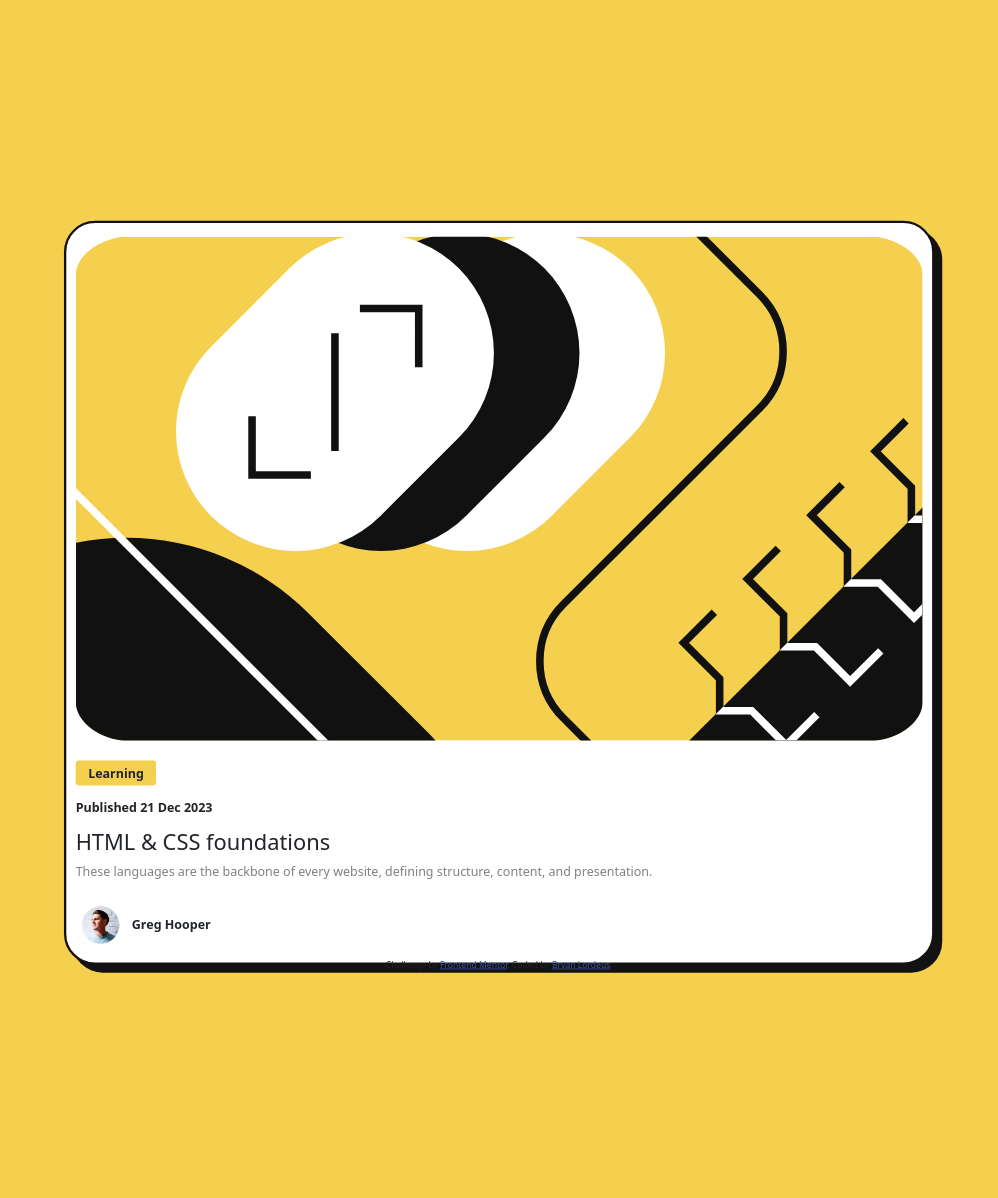
Repository: blordeus/blog-preview-card
Page: index.html
An editor plug-in stored every save of this project. The page is shown before and after the next save, followed by the edit.
The browser window is 1280 px wide. The pictures show the whole page, at 78% of full size.
The style sheet was rebuilt from its Sass, Less or Tailwind sources for each picture, by a compiler version that may differ from the author's.

Above is the page before, as saved 2024-02-10 11:55:53.

After the next save:
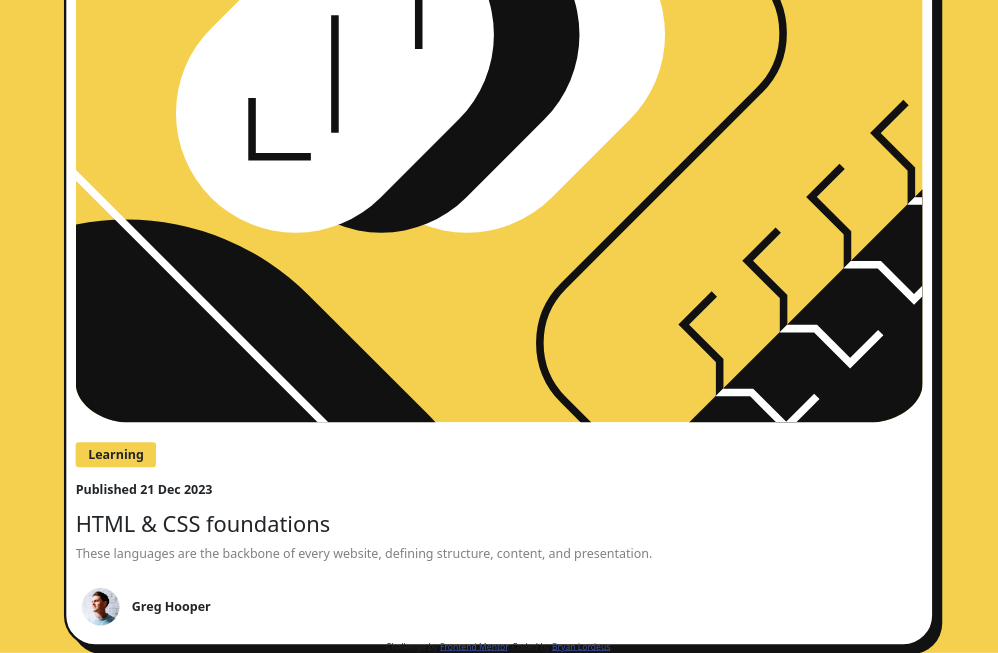
Saved 5 s later.
--- a/style.scss
+++ b/style.scss
@@ -96,7 +96,7 @@ p {
 
     body {
         height: 100vh;
-        padding: 60% 80%;
+        padding: 20% 80%;
     }
 
     main {
